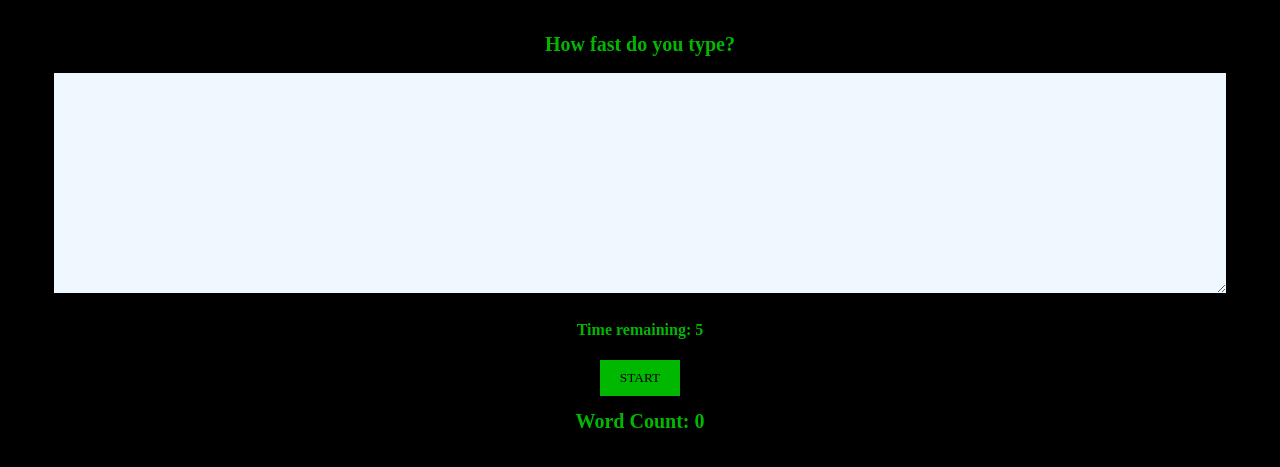
Repository: Lakshyyaa/Speed-Test
Page: /
An editor plug-in stored every save of this project. The page is shown before and after the next save, followed by the edit.
The browser window is 1280 px wide. The pictures show the whole page.
The project was rebuilt for these pictures with package versions that can differ from the ones it lists, and the page was loaded fresh each time. Also part of the build but not shown: src/Logic.js.

Above is the page before, as saved 2023-04-06 00:12:18.

After the next save:
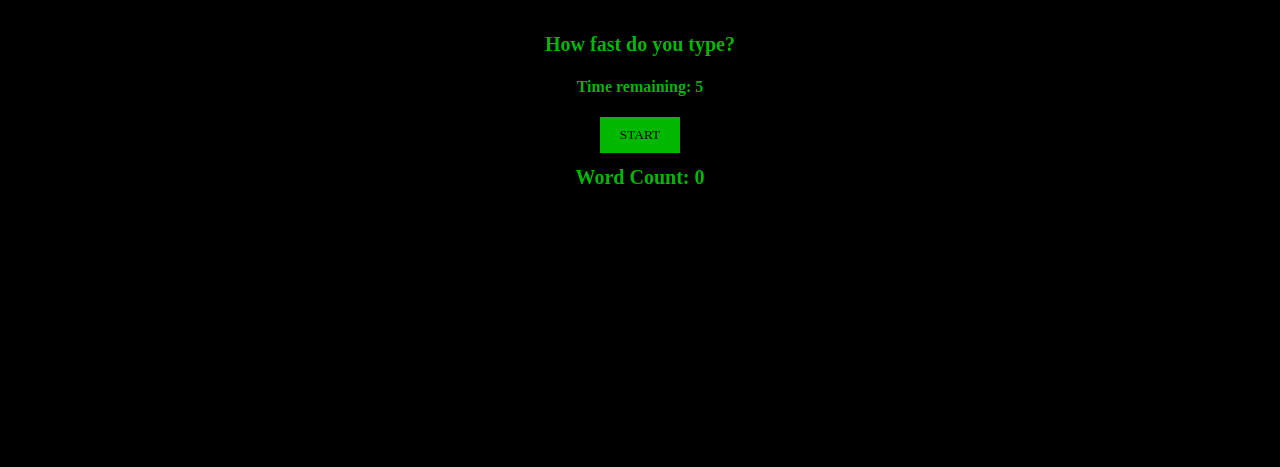
Saved 6 s later.
--- a/src/App.js
+++ b/src/App.js
@@ -42,12 +42,13 @@ function App(props) {
       </div>
       <div ref={maindiv}>
         <h1>How fast do you type?</h1>
-        <textarea
+        {/* <textarea
           onChange={handleChange}
           value={text}
           disabled={!start}
           ref={areaRef}
-        />
+        /> */}
+        {words}
         <h4>Time remaining: {time}</h4>
         <button onClick={() => countdown()} disabled={start}>Start</button>
         {/* cant directly call the wordCount here like handleChange because event listener automatically passes the e */}
